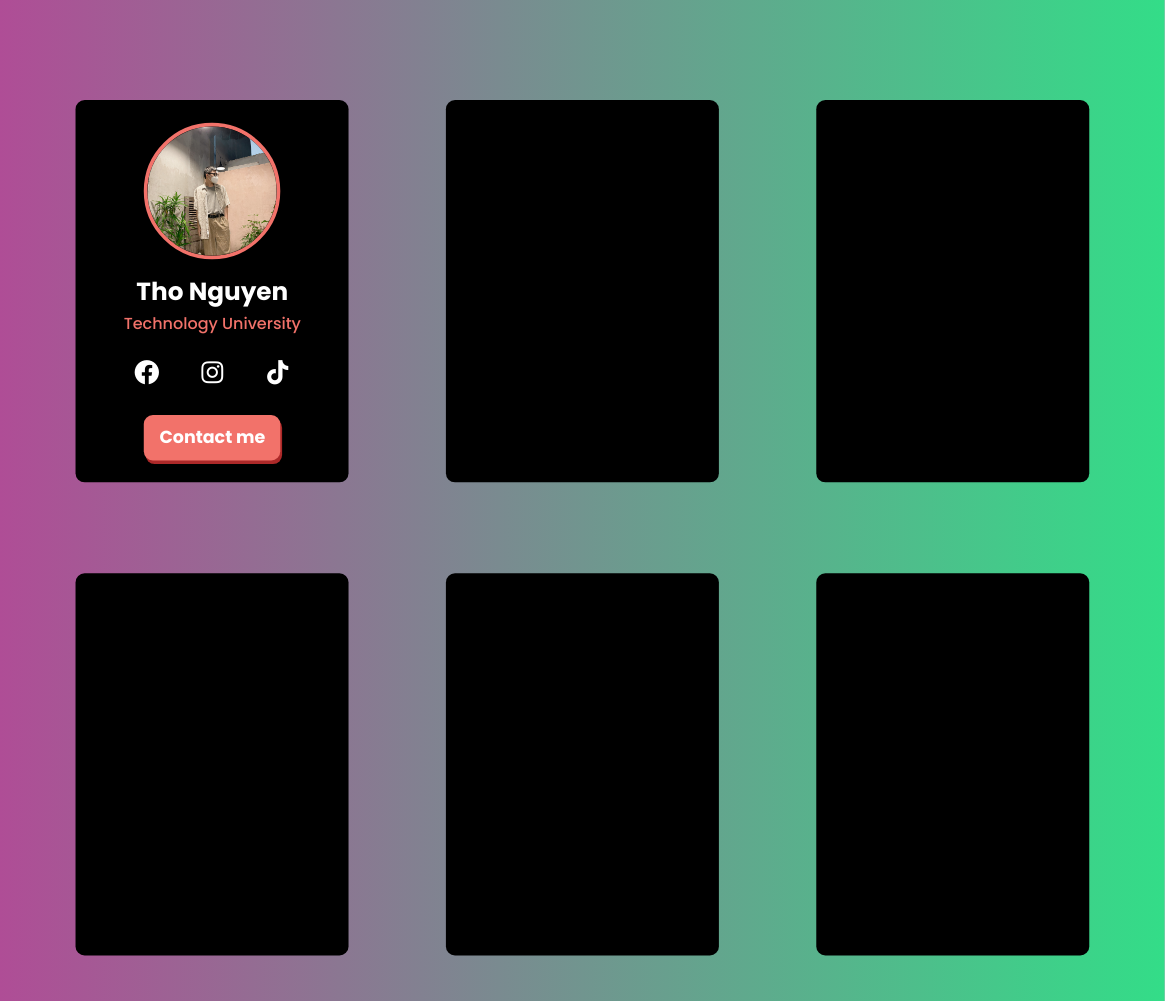
Repository: lausamtuong/profileCard
Page: index.html
The author's editor kept a copy of each file at every save. The page is drawn from the files as they stood at one save, then again after a run of saves.
The browser window is 1280 px wide. The pictures show the whole page, at 91% of full size.
The style sheet was rebuilt from its Sass, Less or Tailwind sources for each picture, by a compiler version that may differ from the author's.

Above is the page before, as saved 2021-12-14 18:24:25.

### index.html
<!DOCTYPE html>
<html lang="en">
<head>
    <meta charset="UTF-8">
    <meta http-equiv="X-UA-Compatible" content="IE=edge">
    <meta name="viewport" content="width=device-width, initial-scale=1.0">
    <link rel="stylesheet" href="style.css">
    <link href="https://fonts.googleapis.com/css2?family=Lato:ital,wght@1,700;1,900&family=Poppins:wght@400;500;700&display=swap" rel="stylesheet">
    <link href='https://unpkg.com/boxicons@2.1.1/css/boxicons.min.css' rel='stylesheet'>

    <title>Document</title>
</head>
<body background="snow.jpg">
    <div class="card__list">
        <div class="card__item">

            <div class="card__image">
                <img src="tho.jpg" alt="">
            </div>
            <div class="card__name">Tho Nguyen</div>
            <div class="card__school">Technology University</div>
            <div class="card__social">
                <a href="https://www.facebook.com/profile.php?id=100013469562736">
                    <i class='bx bxl-facebook-circle'></i>
                </a>
                <a href=""> <i class='bx bxl-instagram' ></i></a>
                <a href=""> <i class='bx bxl-tiktok'></i></a>

            </div>
            <div class="card__btn">Contact me</div>
        </div>
        <div class="card__item"></div>
        <div class="card__item"></div>
        <div class="card__item"></div>
        <div class="card__item"></div>
        <div class="card__item"></div>

    </div>
</body>
</html>

### style.scss
*{
    margin: 0;
    padding: 0;
    box-sizing: border-box;
}
html{
    font-family: 'Poppins', sans-serif;
}
:root {
    --pink-color: #f2726a;
  }
body{
    height: 100vh;
    background-image: linear-gradient(to right, #af4d96, #3d8);
}
.card{

    &__list{
        margin: 120px auto;
      display: flex;
      flex-wrap: wrap;
      justify-content: space-around;
      margin: 60px 30px;

    }
    &__item{
        width:300px;
        height:420px;
        background-color: #000;
        margin: 50px 20px;
        border-radius: 10px;
    }
    &__image{
        width: 150px;
        height: 150px;
        overflow: hidden;
        transition: 0.25s;
        margin: 0 auto;
        transform: translateY(25px);
        border-radius: 50%;
        border: 4px solid var(--pink-color);

        cursor: pointer;
        &:hover{
            width: 100%;
            height: 100%;
            border-radius: unset;
            border: unset;
            transform: unset;
           img{
               border-radius: 10px;
           }
             }
        }
      &__name{
          color:#fff;
          font-weight: 700;
          font-size: 1.7rem;
          text-align: center;
          margin-top: 40px;
      }
      &__school{
          font-weight: 500;
          font-size: 1.1rem;
          text-align: center;
          color:var(--pink-color)
      }
      &__social{

          font-size: 2rem;
          display:flex;
          justify-content: center;
          margin:20px;
          a{
              margin: 0 20px;
              color:#fff;
          }
      }
      &__btn{
          width:150px;
          height: 50px;

          background-color:var(--pink-color);
          border-radius: 10px;
          margin:0 auto;
          margin-top: 20px;
          font-weight: 700;
          font-size: 1.2rem;
          text-align: center;
            padding-top:10px;
            color:#fff;
            box-shadow: 2px 4px 0 0 rgb(172, 41, 41);
            cursor:pointer;
            &:hover{
                opacity:0.9;
            }
            &:active{
                transform: translateY(2px) ;
                box-shadow: 2px 2px 0 0 rgb(172, 41, 41);
            }
      }
    }
img{
        width: 100%;
        height: 100%;
        object-fit: cover;
        object-position: center;
    }

.card__image:hover  ~.card__name{
    display:none;

}

After the next 2 saves:
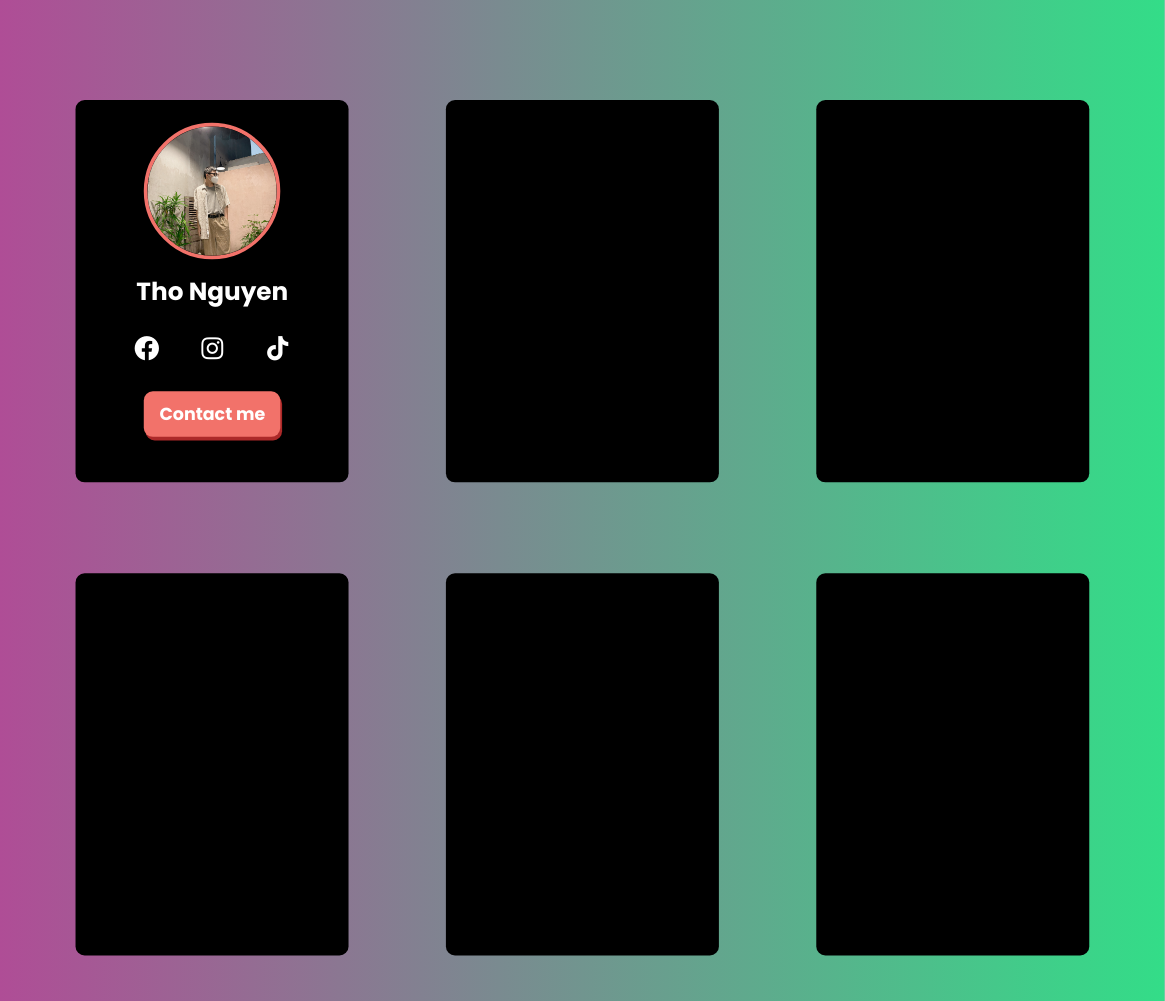
The 2 saves are shown as one change because they came seconds apart.
The last was saved 13 s later.
--- a/style.scss
+++ b/style.scss
@@ -107,7 +107,7 @@
         object-position: center;
     }
 
-.card__image:hover  ~.card__name{
+.card__image:hover  ~.card__name,.card__school{
     display:none;
 
 }

After the 2 saves that followed:
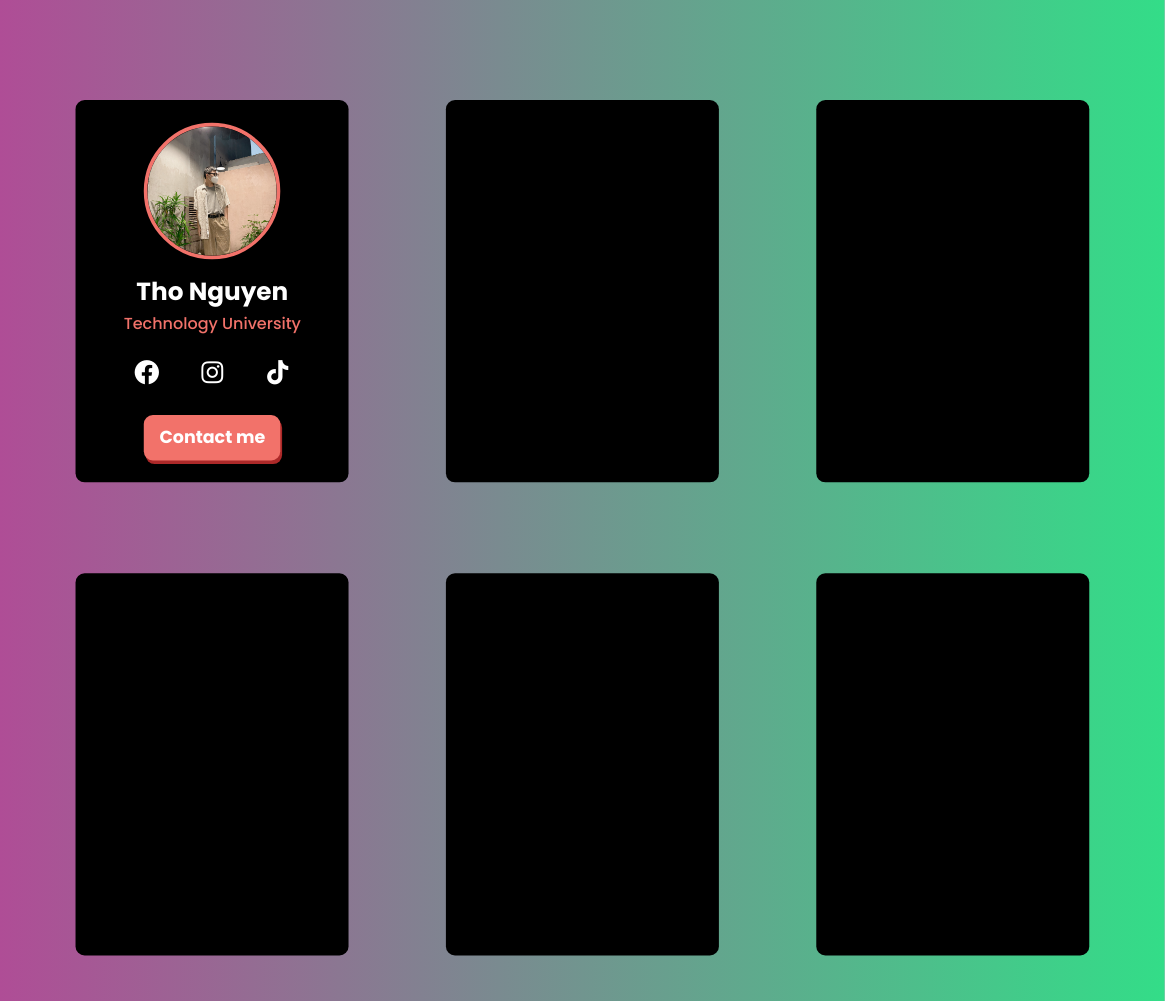
The 2 saves are shown as one change because they came seconds apart.
The last was saved 12 s later.
--- a/style.scss
+++ b/style.scss
@@ -107,7 +107,7 @@
         object-position: center;
     }
 
-.card__image:hover  ~.card__name,.card__school{
+.card__image:hover  ~.card__name,.card__image:hover ~.card__school{
     display:none;
 
 }
